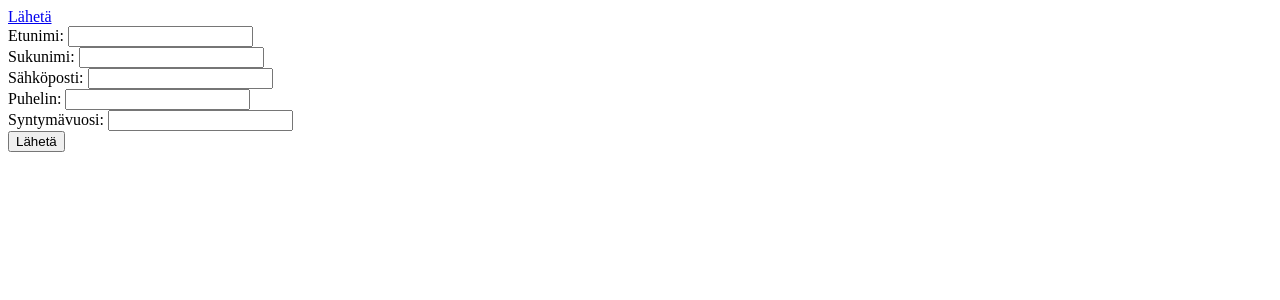
Repository: TuomSu/Viikko7NatiiviJavaScript
Page: http://localhost/EkaKysely/kysy.jsp
The author's editor kept a copy of each file at every save. The page is drawn from the files as they stood at one save, then again after the next save.
The browser window is 1280 px wide. The pictures show the whole page.
The page is served by Tomcat 9.

Above is the page before, as saved 2022-04-08 11:06:15.

After the next save:
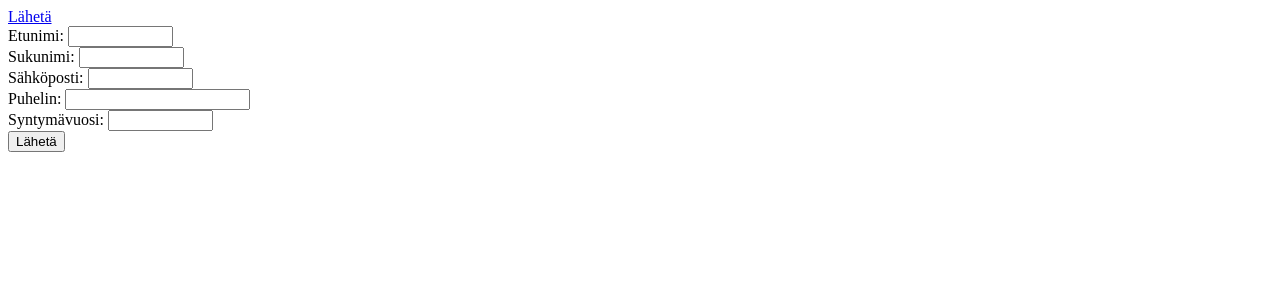
Saved 3 min 40 s later.
--- a/EkaKysely/src/main/webapp/kysy.jsp
+++ b/EkaKysely/src/main/webapp/kysy.jsp
@@ -9,11 +9,11 @@
 <body>
 <a href="nayta.jsp">Lähetä</a>
 <form action="nayta.jsp" method="POST">
-	Etunimi:    <input type="text" name="etunimi"><br>
-	Sukunimi:   <input type="text" name="sukunimi"><br>
-	Sähköposti: <input type="text" name="sahkoposti"><br>
-	Puhelin:    <input type="text" name="puhelin"><br>
-	Syntymävuosi: <input type="text" name="syntymavuosi"><br>
+	Etunimi:    <input type="text" name="etunimi" size="10"><br>
+	Sukunimi:   <input type="text" name="sukunimi" size="10"><br>
+	Sähköposti: <input type="text" name="sahkoposti" size="10"><br>
+	Puhelin:    <input type="text" name="puhelin size="10""><br>
+	Syntymävuosi: <input type="text" name="syntymavuosi" size="10"><br>
 	<input type="submit" value="Lähetä">
 </form>
 </body>
